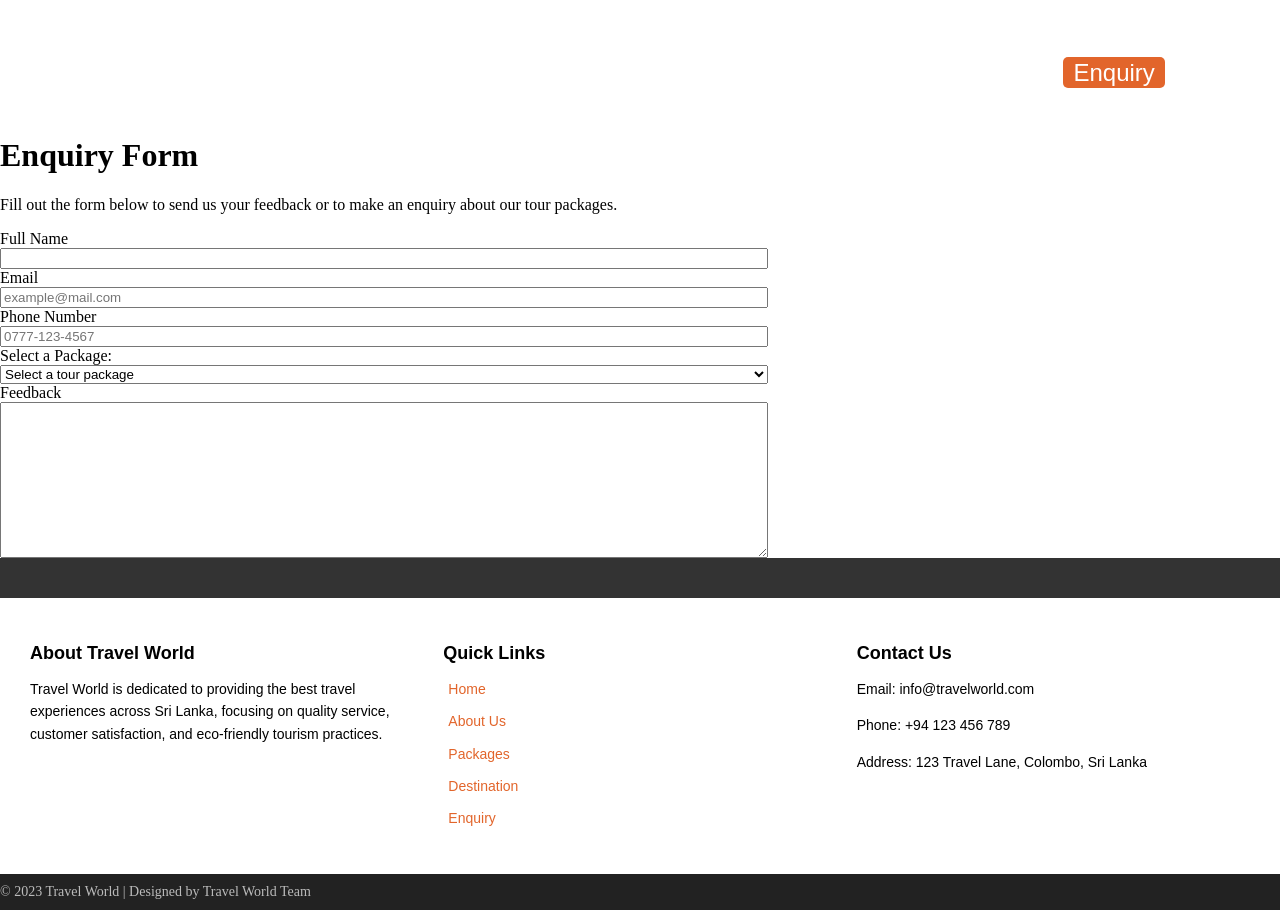
Repository: Haakim19/TavelWorld
Page: HTML/Enquiry.html
The author's editor kept a copy of each file at every save. The page is drawn from the files as they stood at one save, then again after the next save.
The browser window is 1280 px wide. The pictures show the whole page.
Some web fonts or font styles are not loaded; a fallback is used.

Above is the page before, as saved 2024-11-03 18:10:04.

### HTML/Enquiry.html
<!DOCTYPE html>
<html lang="en">
    <head>
        <meta charset="UTF-8" />
		<meta name="viewport" content="width=device-width, initial-scale=1.0" />
		<title>Travel World</title>
        <link rel="icon" href="../Assets/icon/location.png" type="image/png">
        <link rel="stylesheet" href="../CSS/Navbar.CSS">
        <link rel="stylesheet" href="../CSS/Footer.css">
        <link rel="stylesheet" href="../CSS/enquiry.css">
        <link rel="preconnect" href="https://fonts.googleapis.com">
        <link rel="preconnect" href="https://fonts.gstatic.com" crossorigin>
        <link href="https://fonts.googleapis.com/css2?family=Irish+Grover&family=Jaldi:wght@400;700&family=Playwrite+GB+S:ital,wght@0,100..400;1,100..400&display=swap" rel="stylesheet">
</head>
<body>
        <div class="bg-img">
            <!-- Navigation Bar -->
            <nav class="navbar">
                <div class="logo">
                    <img src="../Assets/icon/location.png" alt="" />
                    Travel <span>World</span>
                </div>
                <div class="page">
                    <a href="Home.html">Home</a>
                    <a href="Aboutus.html">About us</a>
                    <a href="Packages.html">Packages</a>
                    <a href="Destination.html">Destination</a>
                    <a href="Enquiry.html" class="enquiry-btn">Enquiry</a>
                </div>
            </nav>
            <div class="enquiry">
                <h1>Enquiry Form</h1>
                <p>Fill out the form below to send us your feedback or to make an enquiry about our tour packages.</p>
            </div>
                <form action="">
                <label for="Fname">Full Name</label>
                <input type="text" >
                <label for="email">Email</label>
                <input type="email" placeholder="example@mail.com">
                <label for="pnumber">Phone Number</label>
                <input type="tel" placeholder="0777-123-4567">
                <label for="tour-packages">Select a Package:</label>
                    <select id="tour-packages">
                        <option value="" disabled selected id="placeholder">Select a tour package</option>
                        <option value="cultural_heritage">Cultural Heritage Tours - $550</option>
                        <option value="beach_escapes">Beach Escapes - $700</option>
                        <option value="wildlife_safari">Wildlife and Safari Adventures - $600</option>
                        <option value="hill_country">Hill Country Retreats - $400</option>
                        <option value="adventure">Adventure and Outdoor Activities - $350</option>
                        <option value="wellness">Wellness and Ayurveda Retreats - $800</option>
                        <option value="food_culinary">Food and Culinary Tours - $450</option>
                        <option value="luxury">Luxury Escapes - $1,200</option>
                    </select>
                <label for="msg">Feedback</label>
                <textarea name="msg" id="msg" cols="30" rows="10"></textarea>
            </form>


            <footer class="footer"></footer>
            <div class="footer-content">
                <div class="footer-section about">
                    <h2>About Travel World</h2>
                    <p>Travel World is dedicated to providing the best travel experiences across Sri Lanka, focusing on quality service, customer satisfaction, and eco-friendly tourism practices.</p>
                </div>
                <div class="footer-section links">
                    <h2>Quick Links</h2>
                    <ul>
                        <li><a href="Home.html">Home</a></li>
                        <li><a href="Aboutus.html">About Us</a></li>
                        <li><a href="Packages.html">Packages</a></li>
                        <li><a href="Destination.html">Destination</a></li>
                        <li><a href="Enquiry.html">Enquiry</a></li>
                    </ul>
                </div>
                <div class="footer-section contact">
                    <h2>Contact Us</h2>
                    <p>Email: info@travelworld.com</p>
                    <p>Phone: +94 123 456 789</p>
                    <p>Address: 123 Travel Lane, Colombo, Sri Lanka</p>
                </div>
            </div>
            <div class="footer-bottom">
                &copy; 2023 Travel World | Designed by Travel World Team
            </div>
        </footer>
</body>
</html>

### CSS/Navbar.CSS
body{
    margin: 0;
    padding: 0;
    /* background-color: #ffffff; */
}
/* Background image */
.bg-img img{
    width: 100%;
    height: 95vh;
    object-fit: cover;
    object-position: top;
    background-attachment: scroll;
}

.hero-img {
    /* filter: blur(2px); */
    position:absolute;
    top: 0;
    z-index: 1;
    background-color:black;;
}
/* Navigation bar */
nav{
    position: relative;
    display: flex;
    align-items: center;
    justify-content: space-between;
    z-index: 1000;
    padding-top: 30px;
}
.logo{
    margin-left: 5vh;
    font-family: "Irish Grover", system-ui;
    color: #ffffff;
    font-size: 3.5rem;
    display: flex;
    justify-content:center;
    align-items: center;
    padding: 5px 10px 5px 10px;
}
.logo img{
    width: 50px;
    height: 50px;
    color: #ffffff;
}

.page {
    margin-right : 16vh;

}

.page a{
    /* display: flex; */
    font-size: 1.5rem;
    color: #ffffff;
    font-family:"Jaldi", sans-serif;
    justify-content: space-evenly;
    align-items: center;
    padding: 2px 10px 2px 10px;
    text-decoration: none;
    transition: all 0.5s ease;
}
.page a:hover{
    color: #E2652B;
}
.page .enquiry-btn{
    background-color:#E2652B;
    color: white;
    border-radius: 5px;
    transition: all 0.5s ease;
}
.page .enquiry-btn:hover{
    color:#E2652B;
    background-color: rgb(255, 255, 255);
    border-radius: 5px;
}
section {
    position: relative;
    z-index: 1000;
    color: #ffffff;
    display: flex;
    flex-direction: column;
    justify-content: center;
    align-items: center;
    margin-top: 1vh;

}

.hero .hero-overlay h1 {
    /* margin-right: 10vh; */
    font-family: "Playwrite GB S", serif;
    font-weight: 700;
    font-style:oblique;
    font-size: 10rem;
    margin-bottom: -10px;
}

.hero .hero-overlay p {
    margin-left: 15vh;
    margin-top: auto;
    font-family: "Bebas Neue", sans-serif;
    font-weight: 500;
    font-style:normal;
    font-size: 3rem;
    margin-right: 10vh;
}

### CSS/Footer.css
.footer {
    background-color: #333;
    color: #fff;
    padding: 20px 0;
    text-align: center;
}

.footer-content {
    display: flex;
    justify-content: space-around;
    flex-wrap: wrap;
    padding: 20px;
}

.footer-section {
    flex: 1;
    margin: 10px;
    min-width: 200px;
}

.footer-section h2 {
    font-family: "Jaldi", sans-serif;
    font-size: 18px;
    margin-bottom: 10px;
}

.footer-section p, .footer-section ul, .footer-section li {
    font-family: "Jaldi", sans-serif;
    font-size: 14px;
    line-height: 1.6;
}

.footer-section ul {
    list-style: none;
    padding: 0;
}

.footer-section ul li {
    margin-bottom: 10px;
}

.footer-section ul li a {
    color:#E2652B;
    text-decoration: none;
    transition: all 0.5s ease;
    padding: 2px 5px 2px 5px;
    border-radius: 5px;

}

.footer-section ul li a:hover {
    /* text-decoration: underline; */
    background-color: #E2652B;
    color:#ffffff;
}

.footer-bottom {
    background-color: #222;
    color: #bbb;
    padding: 10px 0;
    font-size: 14px;
}

### CSS/enquiry.css
form{
    display: flex;
    flex-direction: column;
    width: 60%;
    height: auto;
}

After the next save:
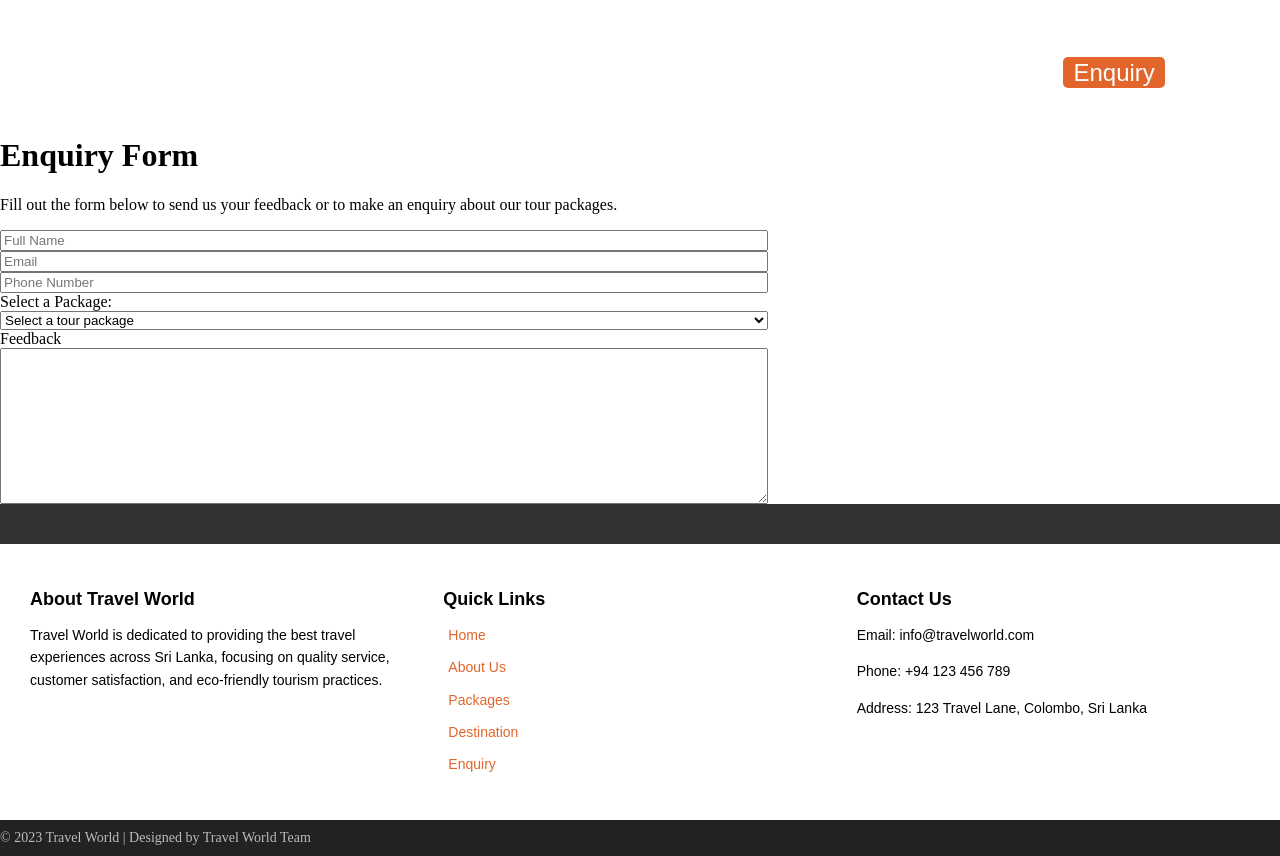
Saved 78 s later.
--- a/HTML/Enquiry.html
+++ b/HTML/Enquiry.html
@@ -33,12 +33,9 @@
                 <p>Fill out the form below to send us your feedback or to make an enquiry about our tour packages.</p>
             </div>
                 <form action="">
-                <label for="Fname">Full Name</label>
-                <input type="text" >
-                <label for="email">Email</label>
-                <input type="email" placeholder="example@mail.com">
-                <label for="pnumber">Phone Number</label>
-                <input type="tel" placeholder="0777-123-4567">
+                <input type="text" placeholder="Full Name" >
+                <input type="email" placeholder="Email">
+                <input type="tel" placeholder="Phone Number">
                 <label for="tour-packages">Select a Package:</label>
                     <select id="tour-packages">
                         <option value="" disabled selected id="placeholder">Select a tour package</option>
